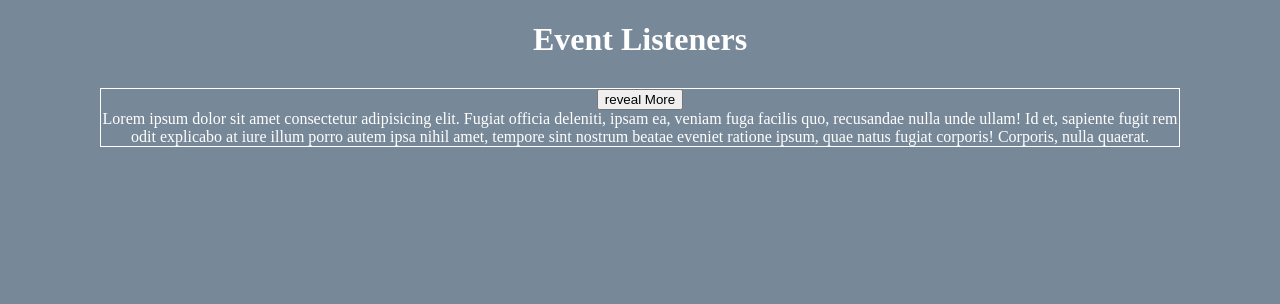
Repository: wakoya-tech/react-project
Page: Desktop/shaakala/aye/index.html
The author's editor kept a copy of each file at every save. The page is drawn from the files as they stood at one save, then again after the next save.
The browser window is 1280 px wide. The pictures show the whole page.

Above is the page before, as saved 2025-08-29 13:50:46.

### Desktop/shaakala/aye/index.html
<!DOCTYPE html>
<html lang="en">
<head>
    <meta charset="UTF-8">
    <meta name="viewport" content="width=device-width, initial-scale=1.0">
    <title>Master Dom Manipulation</title>
</head>
<style>
    body{
        background-color: lightslategrey;
        padding: 0;
        margin: 0;
        color: white;
    }
.container{
    border: 1px solid white ;
    margin: 30px 100px 100px 100px;
    text-align: center;
    align-items: center;
    justify-content: center;

}
#main-heading{
    align-items: center;
    text-align: center;

}
/*.boxes{
    font-family: Verdana, Geneva, Tahoma, sans-serif;
    align-items: center;
    text-align: center;
}
*/
button {
    align-items: center;
    text-align: center
}
</style>
<body>
    <h1 id="main-heading">Event Listeners</h1>
    <div class="container">
        <button class="reveal-btn boxes">reveal More</button>
        <div class="hidden-content boxes">
            Lorem ipsum dolor sit amet consectetur adipisicing
            elit. Fugiat officia deleniti, ipsam ea,
            veniam fuga facilis quo, recusandae nulla
            unde ullam! Id et, sapiente fugit rem odit
            explicabo at iure illum porro autem ipsa nihil
            amet, tempore sint nostrum beatae eveniet
            ratione ipsum, quae natus
            fugiat corporis! Corporis, nulla quaerat.
        </div>
    </div>
    <script src="../aye/script.js"></script>
</body>
</html>

### Desktop/shaakala/aye/script.js
const revealBtn = document.querySelector('.reveal-btn');
const hiddenContent = document.querySelector('.hidden-content');
function revealContent() {
    if(hiddenContent.classList.contains('reveal-btn')){
        hiddenContent.classList.remove('reveal-btn')
    } else {
        hiddenContent.classList.add('reveal-btn')
    }
}
revealBtn.addEventListener('click',revealContent)

After the next save:
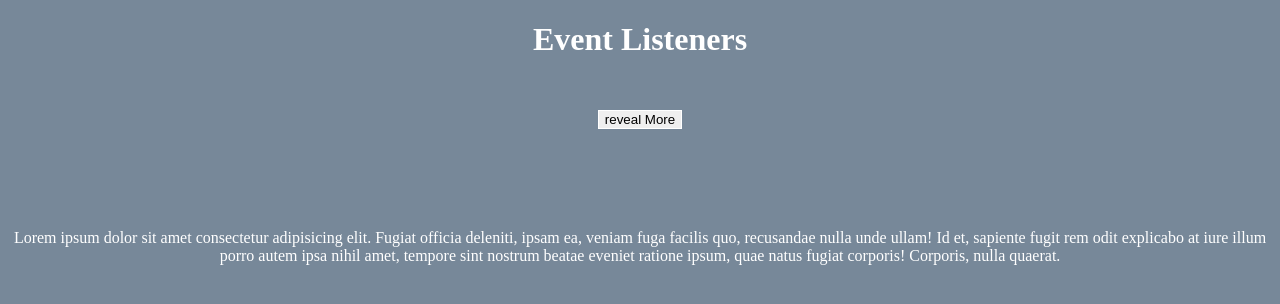
Saved 66 s later.
--- a/Desktop/shaakala/aye/index.html
+++ b/Desktop/shaakala/aye/index.html
@@ -13,8 +13,7 @@
         color: white;
     }
 .container{
-    border: 1px solid white ;
-    margin: 30px 100px 100px 100px;
+
     text-align: center;
     align-items: center;
     justify-content: center;
@@ -33,7 +32,9 @@
 */
 button {
     align-items: center;
-    text-align: center
+     border: 1px solid white ;
+    margin: 30px 100px 100px 100px;
+    text-align: center;
 }
 </style>
 <body>
